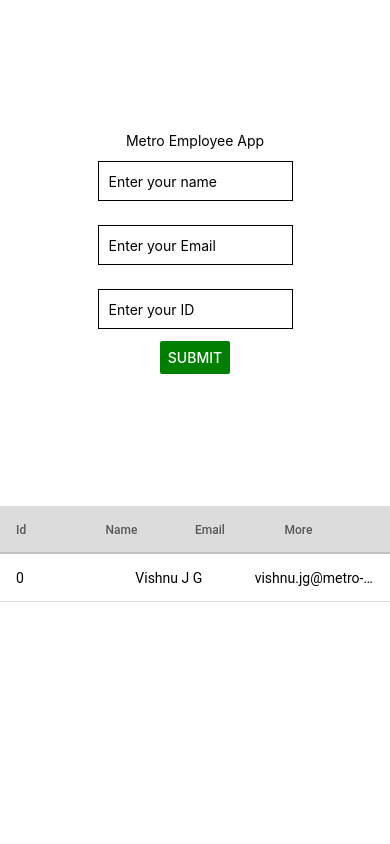
Repository: VishnuJG/Metro-Employee-App
Screen: /View Tickets
The author's editor kept a copy of each file at every save. The screen is drawn from the files as they stood at one save, then again after the next save.
The app was drawn by React Native's web renderer in a window 390 px wide. The project was rebuilt for these pictures with package versions that can differ from the ones it lists, and the page was loaded fresh each time. Some packages were replaced by stand-ins written for this rebuild. Also part of the build but not shown: components/Task.js.

Above is the screen before, as saved 2022-06-28 15:57:54.

After the next save:
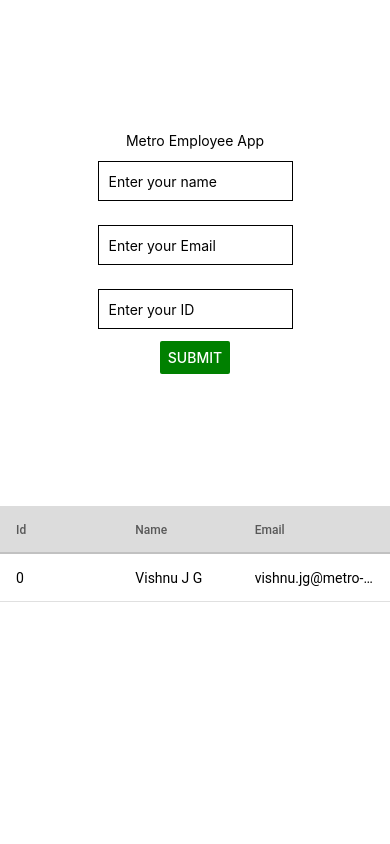
Saved 20 s later.
--- a/App.js
+++ b/App.js
@@ -84,7 +84,6 @@ export default function App() {
             <DataTable.Title style={{width:'4%'}}>Id</DataTable.Title>
             <DataTable.Title >Name</DataTable.Title>
             <DataTable.Title >Email</DataTable.Title>
-            <DataTable.Title >More</DataTable.Title>
           </DataTable.Header>
           <ScrollView>
           {emp.map((newid)=>(<Table key={newid.id} ename={newid.name} eid={newid.id} eemail={newid.email}/>))}
